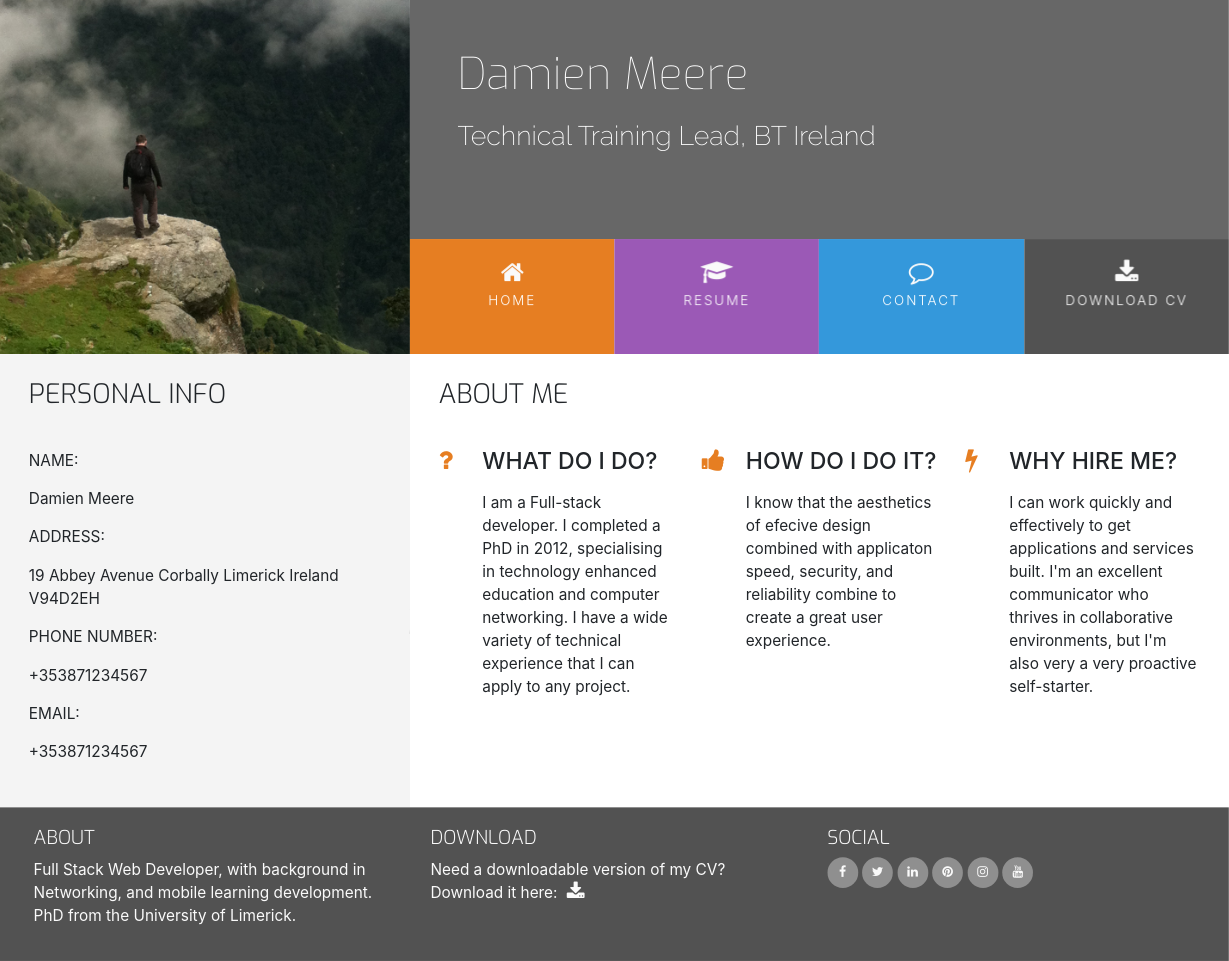
Repository: damien-meere/cv_site_project
Page: index.html
The author's editor kept a record of every edit. The page is drawn from the files as they stood at one moment, then again after the next edit.
The browser window is 1280 px wide. The pictures show the whole page, at 96% of full size.

Above is the page before.

### index.html
<!DOCTYPE html>
<html lang="en">

<head>
    <meta charset="UTF-8">
    <meta name="viewport" content="width=device-width, initial-scale=1.0">
    <meta http-equiv="X-UA-Compatible" content="ie=edge">
    <link rel="stylesheet" href="https://stackpath.bootstrapcdn.com/bootstrap/4.3.1/css/bootstrap.min.css" type="text/css" />
    <link rel="stylesheet" href="https://stackpath.bootstrapcdn.com/font-awesome/4.7.0/css/font-awesome.min.css" type="text/css" />
    <link rel="stylesheet" href="https://cdnjs.cloudflare.com/ajax/libs/hover.css/2.3.1/css/hover-min.css" type="text/css" />
    <link rel="stylesheet" href="assets/css/style.css" type="text/css" />
    <title>Damien Meere CV</title>
</head>

<body>
    <header>
        <div class="row no-gutters">
            <a href="index.html" class="col-md-4 logo"></a>
            <div class="col-md-8">
                <div class="row bg-color-name-title no-gutters">
                    <div class="col heading">
                        <h1 class="name">Damien Meere</h1>
                        <h2 class="title">Technical Training Lead, BT Ireland</h2>
                    </div>
                </div>
                <div class="row no-gutters">
                    <div class="col">
                        <ul id="nav" class="list-inline menu-container">
                            <!--the i element with fa is a font awesome icon. Aria hidden means this icon is ignored by screen readers-->
                            <li class="col-6 col-sm-3 list-inline-item ui-menu-color-home menuitem">
                                <a href="#" class="hvr-sweep-to-bottom"><i class="fa fa-home" aria-hidden="true"></i><span>Home</span></a>
                            </li>
                            <li class="col-6 col-sm-3 list-inline-item ui-menu-color-resume menuitem">
                                <a href="#" class="hvr-sweep-to-bottom"><i class="fa fa-graduation-cap" aria-hidden="true"></i><span>Resume</span></a>
                            </li>
                            <li class="col-6 col-sm-3 list-inline-item ui-menu-color-contact menuitem">
                                <a href="#" class="hvr-sweep-to-bottom"><i class="fa fa-comment-o" aria-hidden="true"></i><span>Contact</span></a>
                            </li>
                            <li class="col-6 col-sm-3 list-inline-item ui-menu-color-download menuitem">
                                <a href="#" class="hvr-sweep-to-bottom"><i class="fa fa-download" aria-hidden="true"></i><span>Download CV</span></a>
                            </li>
                        </ul>
                    </div>
                </div>
            </div>
        </div>
    </header>

    <!--Content Section of the page-->
    <section class="container-fluid">
        <div class="row">
            <!--contariner divided into 4&8 so -->
            <div class="col-md-4 bg-color-personal-info section-column">
                <div class="row">
                    <div class="col-12"><!--full with on all screen sizes-->
                        <h3 class="section-heading uppercase">Personal Info</h3>
                    </div>
                </div>
                <div class="personal-info-item">
                    <div class="key">
                        <p class="uppercase">
                            Name:
                        </p>
                    </div>
                    <div class="value">
                        <p>
                            Damien Meere
                        </p>
                    </div>
                </div>
                <div class="personal-info-item">
                    <div class="key">
                        <p class="uppercase">
                            Address:
                        </p>
                    </div>
                    <div class="value">
                        <p>
                            19 Abbey Avenue
                            Corbally
                            Limerick
                            Ireland
                            V94D2EH
                        </p>
                    </div>
                </div>
                <div class="personal-info-item">
                    <div class="key">
                        <p class="uppercase">
                            Phone Number:
                        </p>
                    </div>
                    <div class="value">
                        <p>
                            +353871234567
                        </p>
                    </div>
                </div>
                                <div class="personal-info-item">
                    <div class="key">
                        <p class="uppercase">
                            Email:
                        </p>
                    </div>
                    <div class="value">
                        <p>
                            +353871234567
                        </p>
                    </div>
                </div>
            </div>


            <!--create a column (because we have to have a column as a direct child of a row) of size 8, which is two-thirds the width of the screen-->
            <!--don't need to add any size classes for screen sizes smaller than medium because Bootstrap will automatically default to 12, our full width.-->
            <!--The row-table class specifies the use of a table whereas section-column specifies the use of a table cell, which will give us evenly sized columns in terms of height.-->
            <div class="col-md-8 bg-color-three-reasons section-column">
                <div class="row">
                    <div class="col">
                        <h3 class="section-heading uppercase">About Me</h3>
                    </div>
                </div>
                <div class="row">
                    <!--When looked at on the mobile, this is going to be 10 columns wide with an offset of 1
                        so that we get the content centered and have a one column margin down the left side.
                        We're going to switch that offset off for tablets and larger because on the tablet,
                        we want it to appear in three columns of content.-->
                    <div class="col-10 offset-1 offset-sm-0 col-sm-4">
                        <div class="row">
                            <div class="col-2">
                                <i class="three-reasons-icon fa fa-question" aria-hidden="true"></i>
                            </div>
                            <div class="col-10">
                                <h4 class="three-reasons-heading uppercase">What do I do?</h4>
                                <p>
                                    I am a Full-stack developer. I completed a PhD in 2012, specialising in technology enhanced education
                                    and computer networking. I have a wide variety of technical experience that I can apply to any project.
                                </p>
                            </div>
                        </div>
                    </div>
                    <div class="col-10 offset-1 offset-sm-0 col-sm-4">
                        <div class="row">
                            <div class="col-2">
                                <i class="three-reasons-icon fa fa-thumbs-up" aria-hidden="true"></i>
                            </div>
                            <div class="col-10">
                                <h4 class="three-reasons-heading uppercase">How do i do it?</h4>
                                <p>
                                    I know that the aesthetics of efecive design combined with applicaton speed, security,
                                    and reliability combine to create a great user experience.
                                </p>
                            </div>
                        </div>
                    </div>
                    <div class="col-10 offset-1 offset-sm-0 col-sm-4">
                        <div class="row">
                            <div class="col-2">
                                <i class="three-reasons-icon fa fa-bolt" aria-hidden="true"></i>
                            </div>
                            <div class="col-10">
                                <h4 class="three-reasons-heading uppercase">Why Hire Me?</h4>
                                <p>
                                    I can work quickly and effectively to get applications and services built. I'm an excellent
                                    communicator who thrives in collaborative environments, but I'm also very a very proactive self-starter.
                                </p>
                            </div>
                        </div>
                    </div>
                </div>
            </div>
        </div>
    </section>

    <!--Footer of the Page-->
    <footer class="container-fluid">
        <div id="footer-details" class="row">
            <div class="col-sm-4">
                <h5 class="uppercase general-sub">About</h5>
                <p class="inline-block">
                    Full Stack Web Developer, with background in Networking, and mobile learning development. PhD from the University of Limerick.
                </p>
            </div>
            <div class="col-sm-4">
                <h5 class="uppercase general-sub">Download</h5>
                <p class="inline-block">
                    Need a downloadable version of my CV? Download it here:
                    <a href="#" target="_blank" class="cv-pdf">
                        <i class="fa fa-download" aria-hidden="true"></i>
                        <span class="sr-only">Download Link</span>
                </p>
            </div>
            <div class="col-sm-4">
                <h5 class="uppercase general-sub">Social</h5>
                <!--unordered list has Bootstrap's default class of list-inline-->
                <!--all items in a list-inline class must use the list-inline-item class-->
                <ul class="list-inline social-links">
                    <li class="list-inline-item">
                        <a target="_blank" href="#">
                            <i class="fa fa-facebook" aria-hidden="true"></i>
                            <!--Screen Reader Only (replace icon with text)-->
                            <span class="sr-only">Facebook</span>
                    </li>
                    <li class="list-inline-item">
                        <a target="_blank" href="#">
                            <i class="fa fa-twitter" aria-hidden="true"></i>
                            <!--Screen Reader Only (replace icon with text)-->
                            <span class="sr-only">Twitter</span>
                    </li>
                    <li class="list-inline-item">
                        <a target="_blank" href="#">
                            <i class="fa fa-linkedin" aria-hidden="true"></i>
                            <!--Screen Reader Only (replace icon with text)-->
                            <span class="sr-only">LinkedIn</span>
                    </li>
                    <li class="list-inline-item">
                        <a target="_blank" href="#">
                            <i class="fa fa-pinterest" aria-hidden="true"></i>
                            <!--Screen Reader Only (replace icon with text)-->
                            <span class="sr-only">Pinterest</span>
                    </li>
                    <li class="list-inline-item">
                        <a target="_blank" href="#">
                            <i class="fa fa-instagram" aria-hidden="true"></i>
                            <!--Screen Reader Only (replace icon with text)-->
                            <span class="sr-only">Instagram</span>
                    </li>
                    <li class="list-inline-item">
                        <a target="_blank" href="#">
                            <i class="fa fa-youtube" aria-hidden="true"></i>
                            <!--Screen Reader Only (replace icon with text)-->
                            <span class="sr-only">YouTube</span>
                    </li>
                </ul>
            </div>
        </div>

    </footer>


</body>

</html>

### assets/css/style.css
@import url('https://fonts.googleapis.com/css?family=Raleway:100,200,300,400,500.600,700|Exo:100,200,300,400,500.600,700');

/*--------------------------------------------------Colours*/
.bg-color-name-title{
    background-color: #676767;
}

.bg-color-three-reasons{
    background-color: #FFF;
}

.ui-menu-color-home {
    background-color: #e67e22;
}

.ui-menu-color-resume {
    background-color: #9b59b6;
}

.ui-menu-color-contact {
    background-color: #3498db;
}

.ui-menu-color-download {
    background-color: #525252;
}

.bg-color-personal-info{
    background-color: #f4f4f4;
}


/*--------------------------------------------------Special Padding/margins/text*/

h1,h2,h3,h4 {
    margin: 0;
}

.uppercase {
    text-transform: uppercase;
}

.general-sub {
    font-family: "Exo", sans-serif;
    font-weight:300;
    color: #fafafa;

}

/* By setting to table we can then specify its child columns as table cells, which ensures that the columns will remain equal height, regardless of their content*/
.row-table{
    display:table;
}

.section-column{
    display: table-cell;
    padding: 0 30px 30px;
    float: none;
}

.section-heading{
    font-family: "Exo", sans-serif;
    font-weight: 300;
    margin-top: 25px;
    margin-bottom: 40px;
}

/*--------------------------------------------------Headings*/
header {
    margin: 0;
}

.heading{
    margin-left: 50px;
}

.logo {
    background: url("../images/logo_image.jpg");
    background-position: center;
    background-repeat: no-repeat;
    background-size: cover;
    min-height: 360px;
    transition: all .5s ease-in-out;
    -moz-transition: all .5s ease-in-out;
    -webkit-transition: all .5s ease-in-out;
}

.name {
    font-family: "Exo", sans-serif;
    font-weight: 100;
    font-size: 46px;
    margin-top: 50px;
    color: #fff;
}

.title {
    font-family: "Raleway", sans-serif;
    font-weight: 200;
    font-size: 28px;
    margin-top: 20px;
    margin-bottom: 90px;
    color: #fff;
}

.list-inline-item:not(:last-child) {
    margin: 0;
}

.menu-container {
    font-size: 0;
}

#nav {
    margin: 0;
}

#nav li {
    font-size: 14px;
    padding: 0;
}

.menuitem {
    height: 120px;
    text-align: center;
    padding: 0;
}

.menuitem a{
    width: 100%;
    text-decoration: none;
    color: #fff;
    height: 120px;
}

.menuitem a i {
    padding-top: 22px;
    /*Set to block to ensure icon appears on a new line*/
    display: block;
    color: #fafafa;
    font-size: 26px;
}


.menuitem span {
    display: block;
    width: 100%;
    padding-top: 5px;
    text-align: center;
    text-transform:uppercase;
    font-size: 14px;
    font-weight: 300;
    letter-spacing: 2px;
}



/*--------------------------------------------------Hover Override*/

.hvr-sweep-to-bottom:before{
    /*setting rgb to black, but the transparancy to 0.2, to its a subtle change*/
    background: rgba(0, 0, 0, 0.2);
}



/*--------------------------------------------------Footer*/

footer {
    background-color: #525252;
    color: #fafafa;
    min-height: 120px;
    margin: 0;

}

.inline-block{
    display:inline-block;
}

.cv-pdf i {
    font-size: 20px;
    color: #fafafa;
    text-align:center;
    padding-left: 5px;
    transition: all 0.3s ease-in-out;
    -moz-transition: all 0.3s ease-in-out;
    -webkit-transition: all 0.3s ease-in-out;
    -o-transition: all 0.3s ease-in-out;
}

.cv-pdf i:hover {
    color: #e84610;
}


.social-links{
    padding-bottom: 15px;
}

.social-links li a i{
    width: 32px;
    height: 32px;
    padding: 12px 0;
    /*if you set the border-radius to 50% when something has equal height and width, then you get a circle.*/
    border-radius: 50%;
    font-size: 13px;
    line-height: 7px;
    text-align: center;
    color: #fafafa;
    background: #8f8f8f;
    transition: all 0.3s ease-in-out;
    -moz-transition: all 0.3s ease-in-out;
    -webkit-transition: all 0.3s ease-in-out;
    -o-transition: all 0.3s ease-in-out;
}

.social-links li a i:hover{
    background: #e84610;

}

#footer-details{
    padding: 20px;
}

/*--------------------------------------------------Three Reasons*/

.three-reasons-icon {
    font-size: 26px;
    color: #e67e22;

}

.three-reasons-heading {
    margin-bottom: 15px;

}

After the next edit:
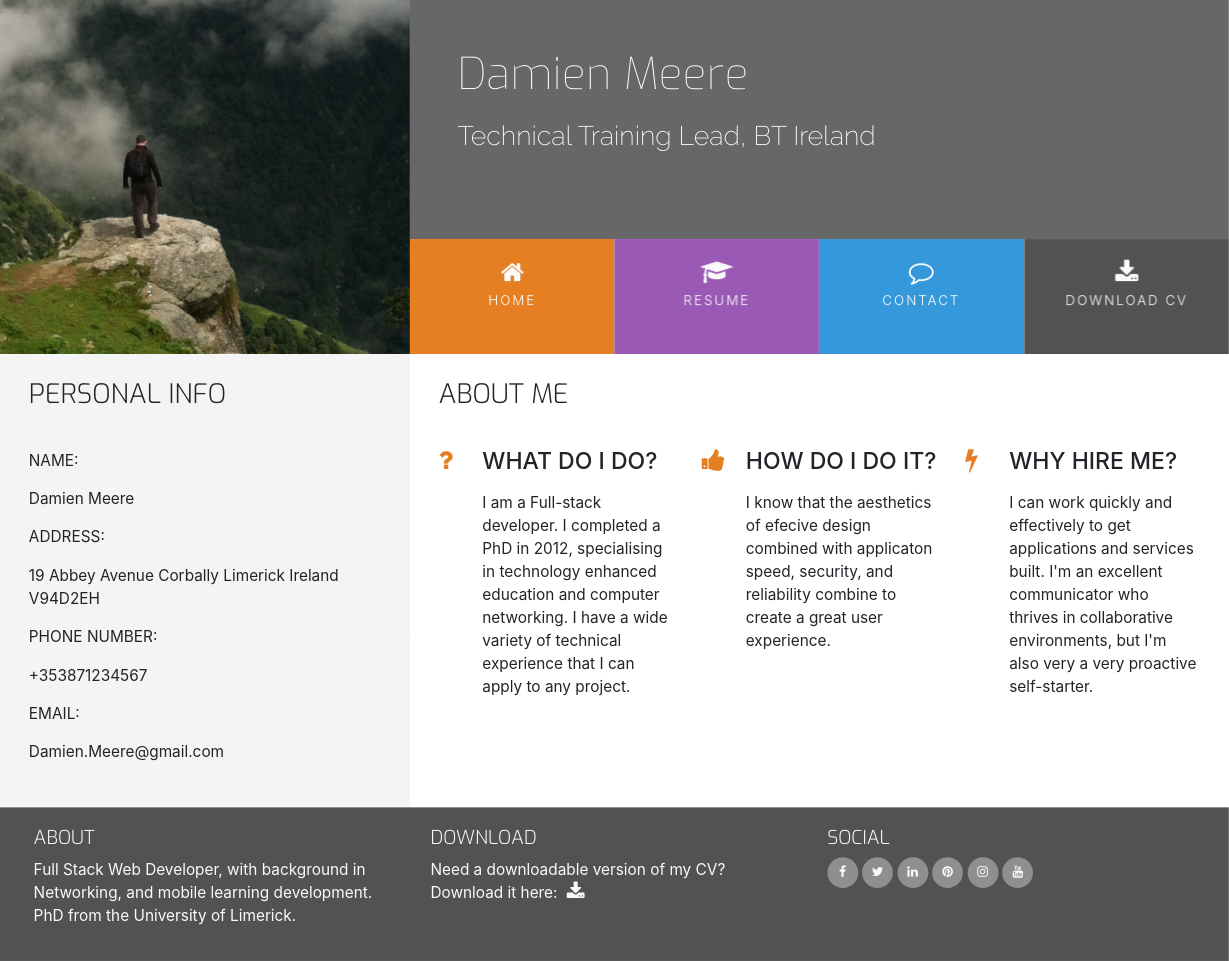
The edit:
--- a/index.html
+++ b/index.html
@@ -52,7 +52,8 @@
             <!--contariner divided into 4&8 so -->
             <div class="col-md-4 bg-color-personal-info section-column">
                 <div class="row">
-                    <div class="col-12"><!--full with on all screen sizes-->
+                    <div class="col-12">
+                        <!--full with on all screen sizes-->
                         <h3 class="section-heading uppercase">Personal Info</h3>
                     </div>
                 </div>
@@ -76,11 +77,7 @@
                     </div>
                     <div class="value">
                         <p>
-                            19 Abbey Avenue
-                            Corbally
-                            Limerick
-                            Ireland
-                            V94D2EH
+                            19 Abbey Avenue Corbally Limerick Ireland V94D2EH
                         </p>
                     </div>
                 </div>
@@ -96,7 +93,7 @@
                         </p>
                     </div>
                 </div>
-                                <div class="personal-info-item">
+                <div class="personal-info-item">
                     <div class="key">
                         <p class="uppercase">
                             Email:
@@ -104,7 +101,7 @@
                     </div>
                     <div class="value">
                         <p>
-                            +353871234567
+                            Damien.Meere@gmail.com
                         </p>
                     </div>
                 </div>
@@ -133,8 +130,7 @@
                             <div class="col-10">
                                 <h4 class="three-reasons-heading uppercase">What do I do?</h4>
                                 <p>
-                                    I am a Full-stack developer. I completed a PhD in 2012, specialising in technology enhanced education
-                                    and computer networking. I have a wide variety of technical experience that I can apply to any project.
+                                    I am a Full-stack developer. I completed a PhD in 2012, specialising in technology enhanced education and computer networking. I have a wide variety of technical experience that I can apply to any project.
                                 </p>
                             </div>
                         </div>
@@ -147,8 +143,7 @@
                             <div class="col-10">
                                 <h4 class="three-reasons-heading uppercase">How do i do it?</h4>
                                 <p>
-                                    I know that the aesthetics of efecive design combined with applicaton speed, security,
-                                    and reliability combine to create a great user experience.
+                                    I know that the aesthetics of efecive design combined with applicaton speed, security, and reliability combine to create a great user experience.
                                 </p>
                             </div>
                         </div>
@@ -161,8 +156,7 @@
                             <div class="col-10">
                                 <h4 class="three-reasons-heading uppercase">Why Hire Me?</h4>
                                 <p>
-                                    I can work quickly and effectively to get applications and services built. I'm an excellent
-                                    communicator who thrives in collaborative environments, but I'm also very a very proactive self-starter.
+                                    I can work quickly and effectively to get applications and services built. I'm an excellent communicator who thrives in collaborative environments, but I'm also very a very proactive self-starter.
                                 </p>
                             </div>
                         </div>
